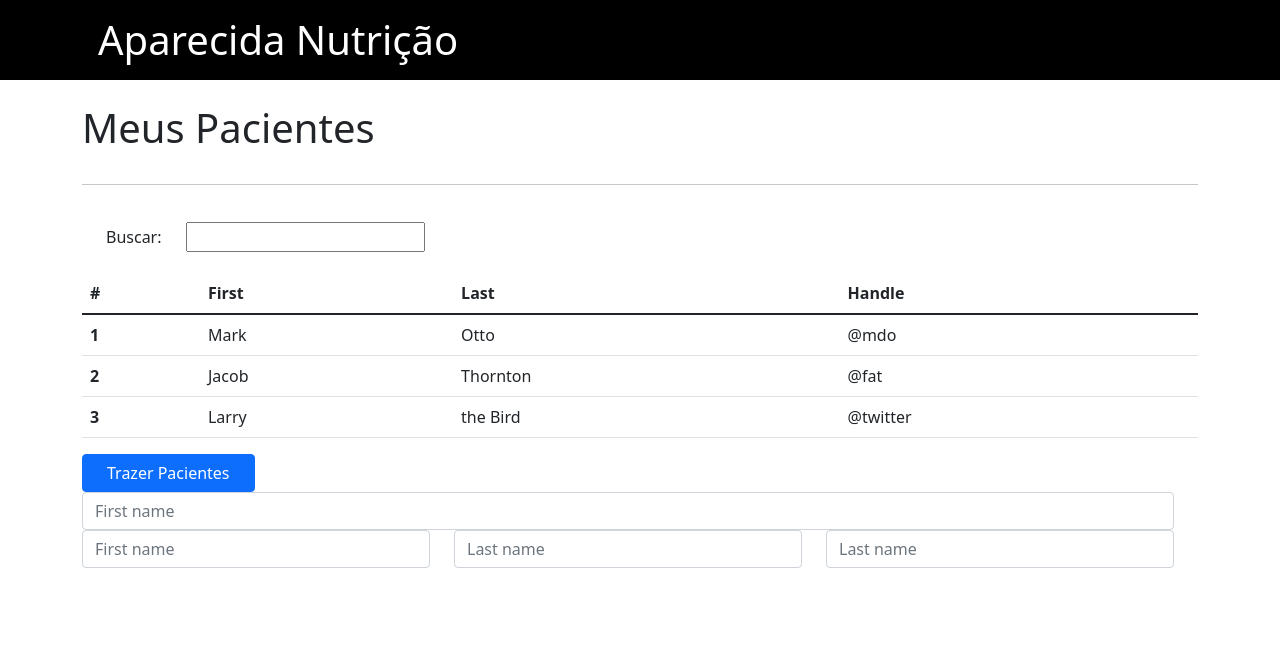
Repository: eversonps/app-paciente
Page: / (app in frontend/)
An editor plug-in stored every save of this project. The page is shown before and after the next save, followed by the edit.
The browser window is 1280 px wide. The pictures show the whole page.
The project was rebuilt for these pictures with package versions that can differ from the ones it lists, and the page was loaded fresh each time.

Above is the page before, as saved 2022-03-28 14:24:48.

After the next save:
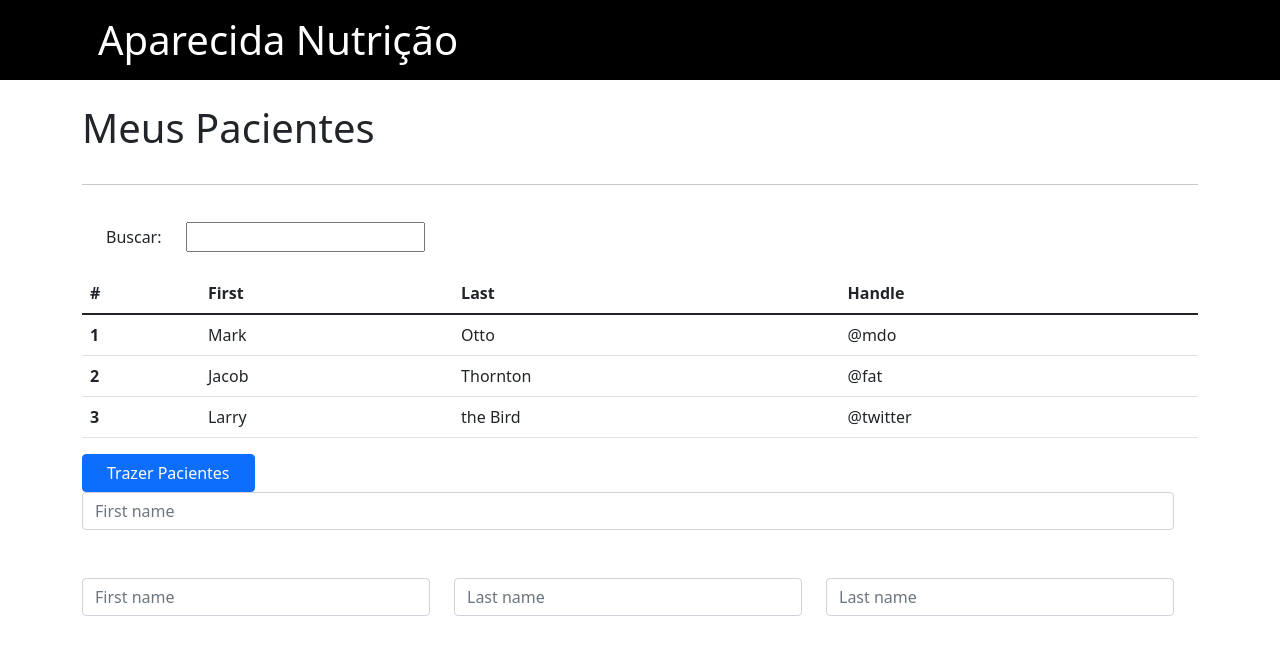
Saved 17 s later.
--- a/frontend/src/components/AddPacient.jsx
+++ b/frontend/src/components/AddPacient.jsx
@@ -3,7 +3,7 @@ import React from "react";
 export default props => (
     <form>
         <div className="row">
-            <div className="row">
+            <div className="row mb-5">
                 <div className="col">
                     <input type="text" className="form-control" placeholder="First name" />
                 </div>
